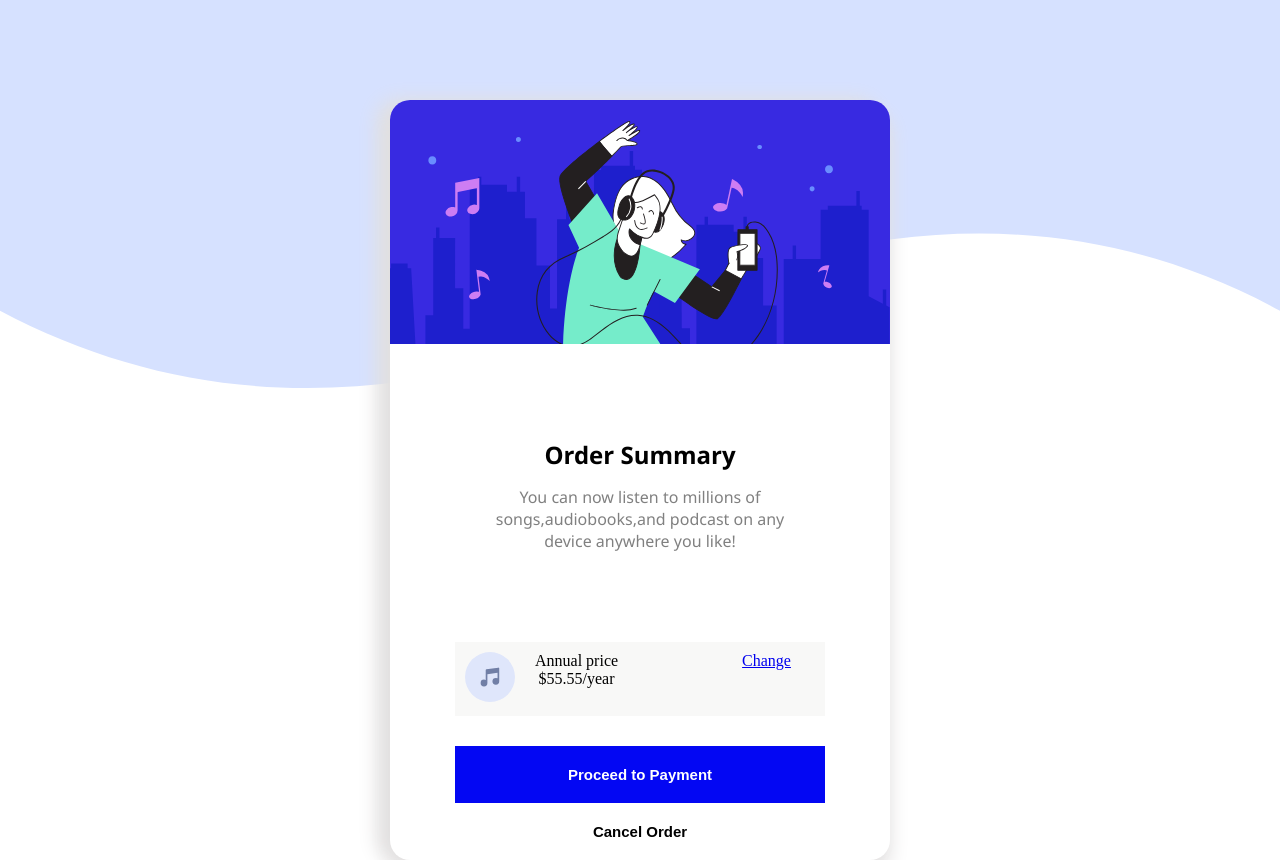
Repository: Eugene44-hub/newbie-project
Page: index.html
An editor plug-in stored every save of this project. The page is shown before and after the next save, followed by the edit.
The browser window is 1280 px wide. The pictures show the whole page.

Above is the page before, as saved 2021-08-29 09:55:40.

After the next save:
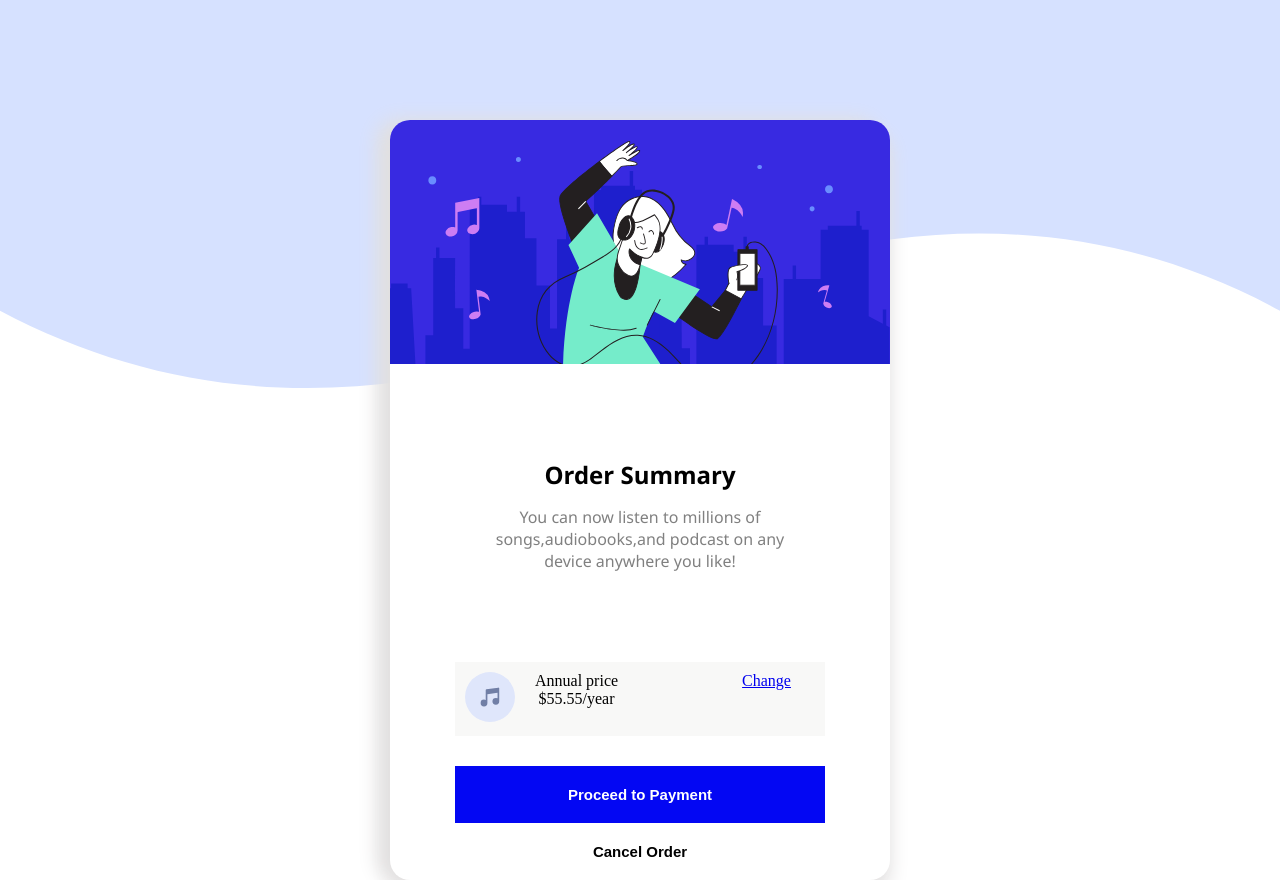
Saved 6 s later.
--- a/style.css
+++ b/style.css
@@ -19,7 +19,7 @@
 }
 
 .card {
-    margin-top: 100px;
+    margin-top: 120px;
 }
 
 img {
